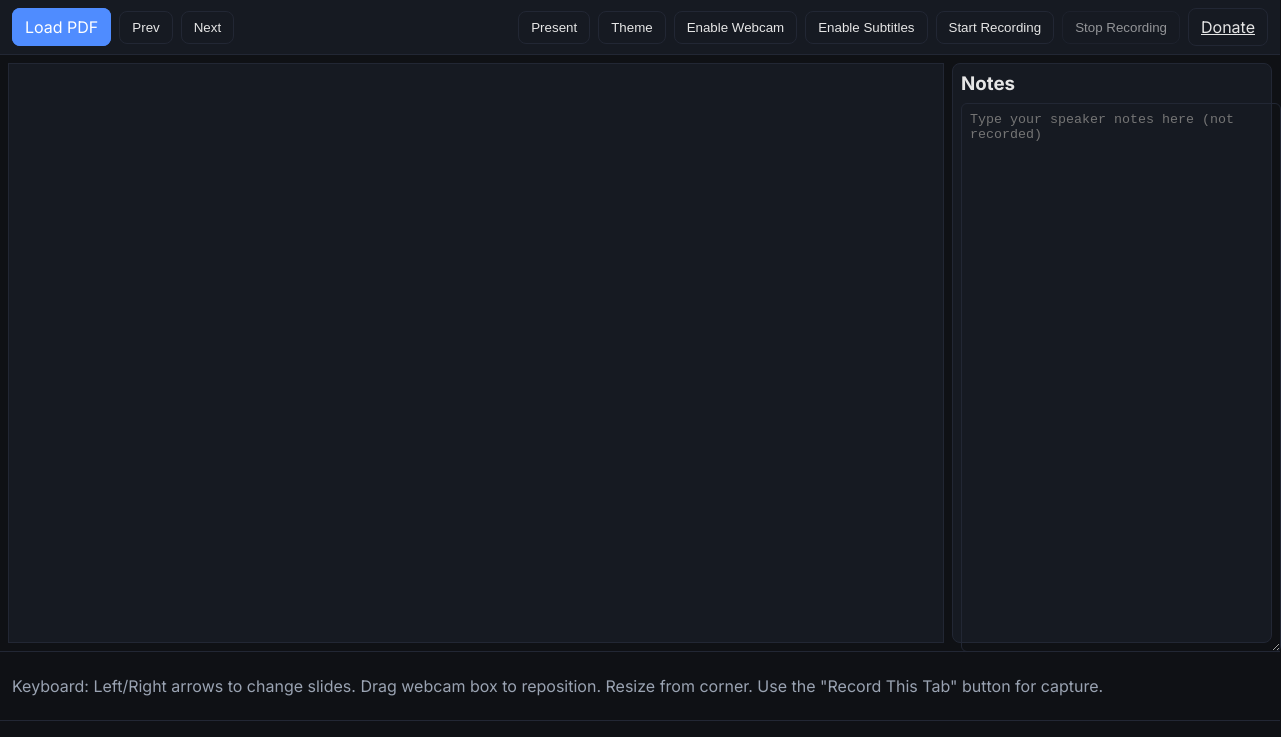
Repository: IBNKHALID06/SlideStage
Page: studio.html
The author's editor kept a copy of each file at every save. The page is drawn from the files as they stood at one save, then again after the next save.
The browser window is 1280 px wide. The page is 1281 px wide, so the pictures cover 1281 px, including what lies to the right of the window. The pictures show the whole page.

Above is the page before, as saved 2025-11-26 19:33:34.

After the next save:
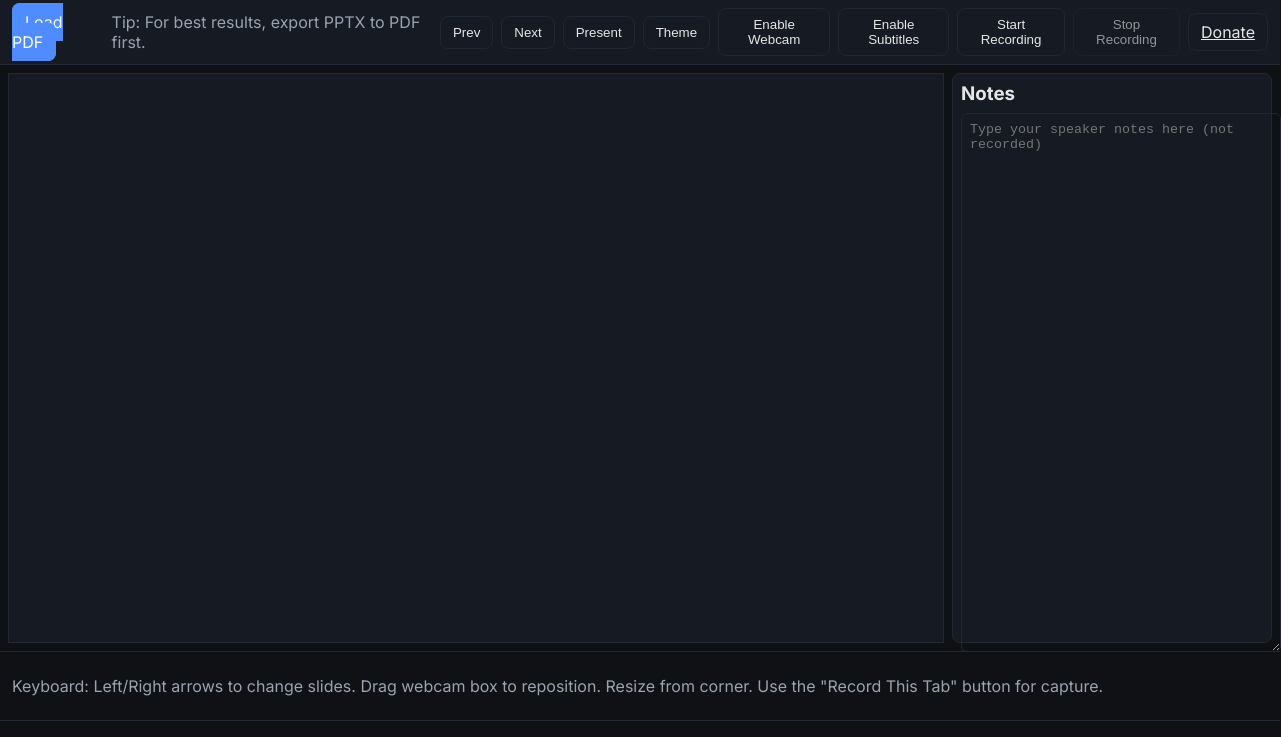
Saved 11 s later.
--- a/studio.html
+++ b/studio.html
@@ -25,6 +25,7 @@
           <input type="file" id="pdfFileInput" accept="application/pdf" />
           <span class="button">Load PDF</span>
         </label>
+        <span class="muted" title="PPTX note">Tip: For best results, export PPTX to PDF first.</span>
         <button class="button" id="prevSlide" title="Left Arrow">Prev</button>
         <button class="button" id="nextSlide" title="Right Arrow">Next</button>
         <span id="pageIndicator" class="muted"></span>
